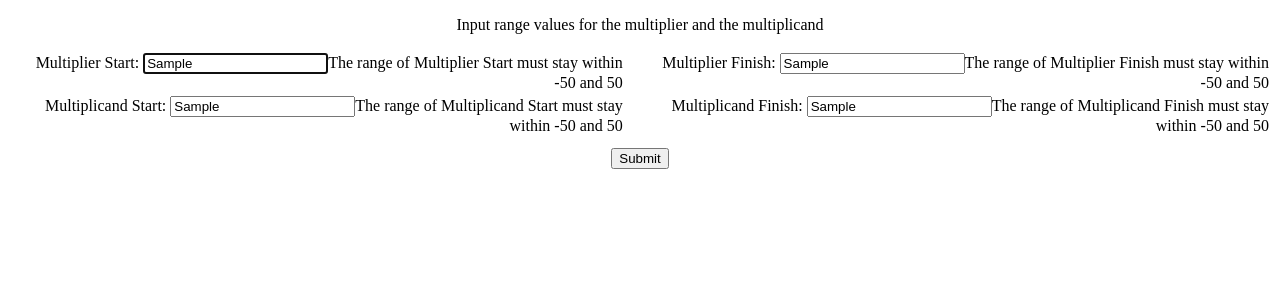
Repository: khrasna/HW4Part1
Page: index.html
These files come from the project's save history. The page is drawn as it stood at one moment and after the next save; the edit follows.
The browser window is 1280 px wide. The pictures show the whole page.
Empty fields were first filled with sample values (such as "Sample", 5 or name@example.com).
After loading, the first visible `#FormInput > input` was clicked once.

Above is the page before, as saved 2021-11-08 17:12:58.

### index.html
<!-- HTML file for Assignment 3
By Karsten Hrasna  email Karsten_Hrasna@student.uml.edu-->
<!DOCTYPE html>
<html>

<head>
    <title>Multiplication Table</title>
    <link rel="stylesheet" href="style.css">
    <script src="https://ajax.googleapis.com/ajax/libs/jquery/3.5.1/jquery.min.js"></script>
    <script src="./dist/jquery.validate.min.js"></script>
    <script src="./formvalidate.js"></script>
</head>

<body>
    <p>Input range values for the multiplier and the multiplicand</p>
    <div id="container">
        <!-- Learned from W3schools. Creates a form which takes number ranges for multiplier and multiplicand. -->

        <form id="FormInput" action="javascript:void(0);" method="get"> <!--Learned about javascript:void(0) from Dutchie432 at https://stackoverflow.com/questions/1818249/form-with-no-action-and-where-enter-does-not-reload-page-->
            <table>
                <tr>
                    <td class="pad">Multiplier Start: <input input="text" name="MultiplierStart"></td>
                    <td>Multiplier Finish: <input type="text" name="MultiplierFinish"></td>
                </tr>
                <tr>
                    <td class="pad">Multiplicand Start: <input type="text" name="MultiplicandStart"></td>
                    <td>Multiplicand Finish: <input type="text" name="MultiplicandFinish"></td>
                </tr>
            </table>
            <input type="submit" value="Submit"> <!--goes directly under form and processes the input to create a mult table-->
        </form>
    </div>


</body>

</html>

### style.css
/*Created by Karsten Hrasna. email: Karsten_Hrasna@student.uml.edu*/
html,
body {
    height: 97%;
    text-align: center;
}

div#container {
    display: grid;
    grid-template-columns: 100%;
    /* top row of grid holds the form for input, the rest of page holds the multiplication table*/
    grid-template-rows: minmax(90px, 15%) auto;
    height: 97%;

}

#multTable {
    margin: auto;
    border-collapse: separate;
    border-spacing: 0;
    grid-row: 2;
    /*the dynamically sized multiplication table */
    margin-top: 0px;
    border-bottom: 0px;

}

input[type=submit] {
    /* submit button under form spaced here */
    margin-top: 10px;
    margin-bottom: 0px;
}

#multTable td,
th {
    border: solid;
    border-color: black;
    min-width: 70px;
    font-size: 30px;
    height: 70px;
}


#multTable th {
    position: sticky;
    top: 0px;
    border-right: solid;
    border-right-color: white;
    border-bottom: solid;
    border-bottom-color: white;
    background-color: black;
    color: white;

}

#multTable th:first-child {
    position: sticky;
    top: 70px;
    left: 0;
}


.sticky {
    position: fixed;
    top: 0px;
    /* get the headers to stay fixed on mult table */
    width: 100%;
}

#multTable tr:first-child th:first-child {
    border: none;
    background-color: white;
}

#multTable p.inputError {
    margin: 0px;
}

form {
    grid-row: 1;
    margin-bottom: 0px;
}

table {
    margin-left: auto;
    margin-right: auto;
}

form td {
    text-align: right;
    /*line up the input form textboxes*/
}

form p {
    margin: 0px;
}

td.pad {
    padding-right: 15px;
}

### formvalidate.js
$(function (){
    $('input[value="Submit"]').click(function () {
        $('#FormInput').validate({
            rules: {
                MultiplierStart: {
                    required: true,
                    range: [-50, 50]
                },
                MultiplierFinish: {
                    required: true,
                    range: [-50, 50]
                },

                MultiplicandStart: {
                    required: true,
                    range: [-50, 50]
                },

                MultiplicandFinish: {
                    required: true,
                    range: [-50, 50]
                }
            },

            messages: {
                MultiplierStart: {
                    digit: "Multiplier Start must be a digit",
                    required: "Multiplier Start must be a digit between -50 and 50",
                    range: "The range of Multiplier Start must stay within -50 and 50"
                },

                MultiplierFinish: {
                    digit: "Multiplier Finish must be a digit",
                    required: "Multiplier Finish must be a digit between -50 and 50",
                    range: "The range of Multiplier Finish must stay within -50 and 50"
                },

                MultiplicandStart: {
                    digit: "Multiplicand Start must be a digit",
                    required: "Multiplicand Start must be a digit between -50 and 50",
                    range: "The range of Multiplicand Start must stay within -50 and 50"
                },

                MultiplicandFinish: {
                    digit: "Multiplicand Finish must be a digit",
                    required: "Multiplicand Finish must be a digit between -50 and 50",
                    range: "The range of Multiplicand Finish must stay within -50 and 50"
                }
            }
        });
    });

});

Loaded but not shown: dist/jquery.validate.min.js (library)

After the next save:
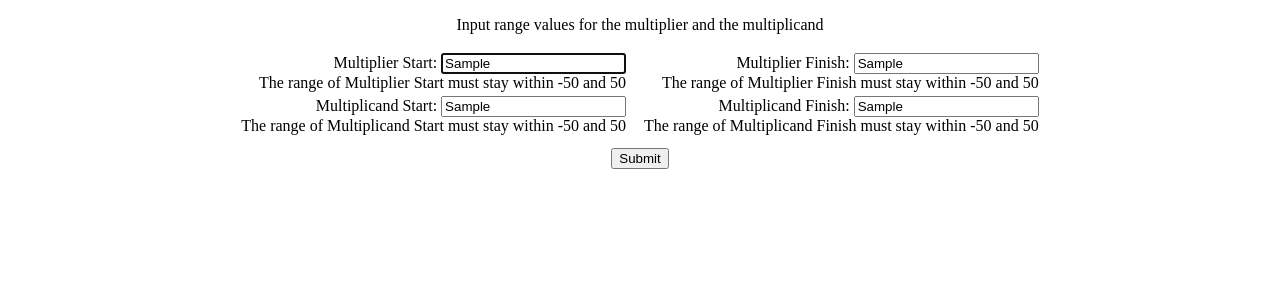
Saved 3 days later.
--- a/formvalidate.js
+++ b/formvalidate.js
@@ -46,7 +46,11 @@
                     required: "Multiplicand Finish must be a digit between -50 and 50",
                     range: "The range of Multiplicand Finish must stay within -50 and 50"
                 }
-            }
+            },
+            errorElement: 'p',
+            errorLabelContainer: '.InputError'
+
+
         });
     });
 

After the 2 saves that followed:
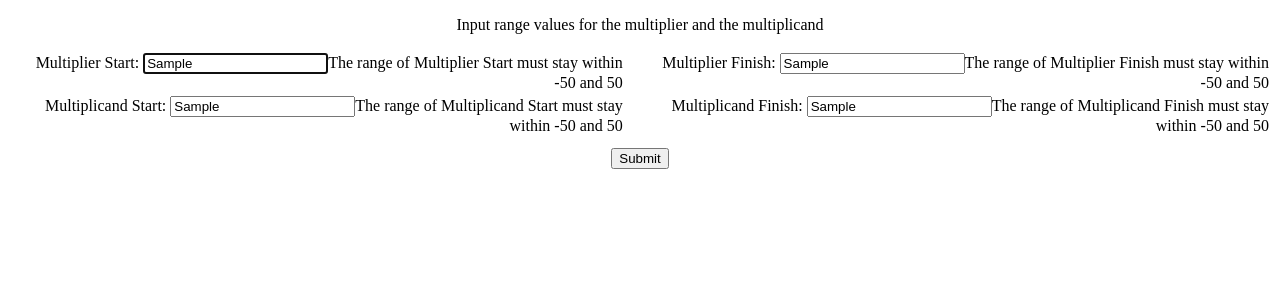
The 2 saves are shown as one change because 1 left the picture as it was.
The last was saved 2 min 13 s later.
--- a/formvalidate.js
+++ b/formvalidate.js
@@ -47,11 +47,10 @@
                     range: "The range of Multiplicand Finish must stay within -50 and 50"
                 }
             },
-            errorElement: 'p',
-            errorLabelContainer: '.InputError'
 
-
+            errorPlacement: function (error, element) {
+                element.after(error);
+            }
         });
     });
-
 });
